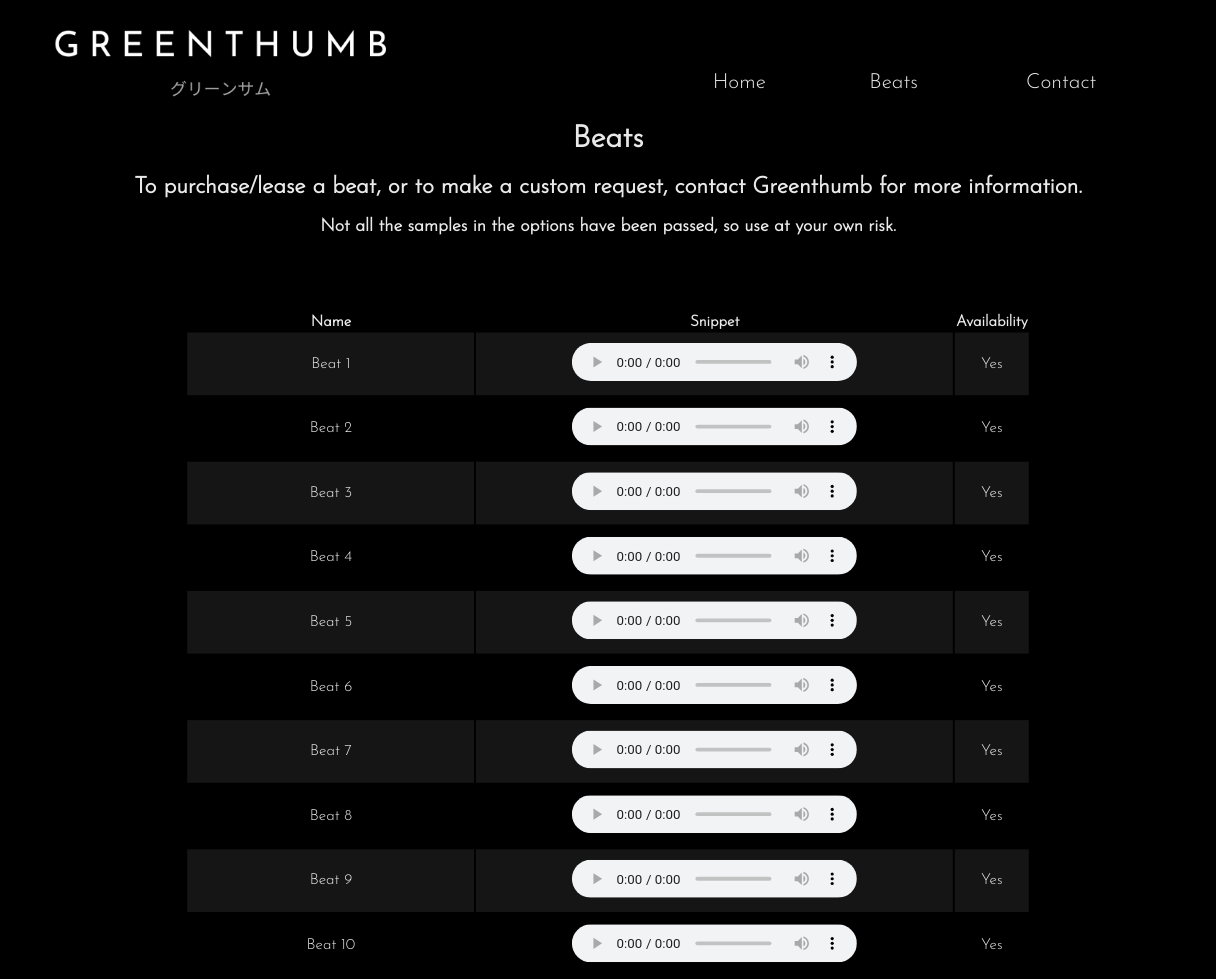
Repository: shayanabedi98/Greenthumb
Page: beats.html
An editor plug-in stored every save of this project. The page is shown before and after the next save, followed by the edit.
The browser window is 1280 px wide. The pictures show the whole page, at 95% of full size.

Above is the page before, as saved 2023-08-17 16:47:25.

### beats.html
<!DOCTYPE html>
<html lang="en">
<head>
    <meta charset="UTF-8">
    <meta name="viewport" content="width=device-width, initial-scale=1.0">
    <title>Beats</title>
    <link rel="stylesheet" href="styles.css">
    <link href="https://fonts.googleapis.com/css2?family=Josefin+Sans:wght@300&display=swap" rel="stylesheet">
</head>
<body>
    <div class="header">
        <header>
            <nav>
                <a href="index.html"><img src="resources/logo.png" alt="Greenthumb Logo"></a>
                <ul>
                    <li><a href="index.html">Home</a></li>
                    <li><a href="beats.html">Beats</a></li>
                    <li><a href="contact.html">Contact</a></li>
                </ul>
            </nav>
        </header>
    </div>
    <div class="beats">
        <h1>Beats</h1>
        <h2>To purchase/lease a beat, or to make a custom request, contact Greenthumb for more information.</h2>
        <h3>Not all the samples in the options have been passed, so use at your own risk.</h3>
        <table align="center">
            <tr>
                <th>Name</th>
                <th>Snippet</th>
                <th>Availability</th>
            </tr>
            <tr bgcolor="15, 15, 15">
                <td width="200">Beat 1</td>
                <td width="500"><audio controlsList="nodownload" controls src="resources/audio/Beat 1.mp3"></audio></td>
                <td>Yes</td>
            </tr>
            <tr>
                <td width="200">Beat 2</td>
                <td width="500"><audio controlsList="nodownload" controls src="resources/audio/Beat 2.mp3"></audio></td>
                <td>Yes</td>
            </tr>
            <tr bgcolor="15, 15, 15">
                <td width="200">Beat 3</td>
                <td width="500"><audio controlsList="nodownload" controls src="resources/audio/Beat 3.mp3"></audio></td>
                <td>Yes</td>
            </tr>
            <tr>
                <td width="300">Beat 4</td>
                <td width="500"><audio controlsList="nodownload" controls src="resources/audio/Beat 4.mp3"></audio></td>
                <td>Yes</td>
            </tr>
            <tr bgcolor="15, 15, 15">
                <td width="300">Beat 5</td>
                <td width="500"><audio controlsList="nodownload" controls src="resources/audio/Beat 5.mp3"></audio></td>
                <td>Yes</td>
            </tr>
            <tr>
                <td width="300">Beat 6</td>
                <td width="500"><audio controlsList="nodownload" controls src="resources/audio/Beat 6.mp3"></audio></td>
                <td>Yes</td>
            </tr>
            <tr bgcolor="15, 15, 15">
                <td width="300">Beat 7</td>
                <td width="500"><audio controlsList="nodownload" controls src="resources/audio/Beat 7.mp3"></audio></td>
                <td>Yes</td>
            </tr>
            <tr>
                <td width="300">Beat 8</td>
                <td width="500"><audio controlsList="nodownload" controls src="resources/audio/Beat 8.mp3"></audio></td>
                <td>Yes</td>
            </tr>
            <tr bgcolor="15, 15, 15">
                <td width="300">Beat 9</td>
                <td width="500"><audio controlsList="nodownload" controls src="resources/audio/Beat 9.mp3"></audio></td>
                <td>Yes</td>
            </tr>
            <tr>
                <td width="300">Beat 10</td>
                <td width="500"><audio controlsList="nodownload" controls src="resources/audio/Beat 10.mp3"></audio></td>
                <td>Yes</td>
            </tr>
        </table>
    </div>
</body>
</html>

### styles.css
/* All pages */

body {
    margin: 0;
    padding: 0;
    background-color: black;
    color: rgb(233, 233, 233);
    font-family: 'Josefin Sans', sans-serif;
}

nav {
    height: 110px;
}

nav img {
    height: 100px;
    position: absolute;
    transform: translateY(-10px);
}

nav ul {
    list-style: none;
    text-align: right;
    transform: translate(-100px, 0px);
}

nav li {
    display: inline-block;
    text-align: center;
    margin: 0 20px;
}

nav a {
    text-decoration: none;
    width: 40px;
    display: block;
    padding: 20px;
    margin: 0 20px;
    font-size: 22px;
    color: rgb(233, 233, 233);
}

nav a:hover {
    color: rgb(150, 150, 150) !important;
    transition: 0.2s;
    text-decoration: underline;
}

nav a:visited {
    text-decoration: none;
    color: rgb(233, 233, 233);
}

footer nav ul {
    text-align: center;
    transform: translateY(0);
}

/* Home page */

.banner {
    text-align: center;
    width: 100%;
    height: 600px;
}

.banner video {
    object-fit: cover;
    object-position: 50% 100%;
    height: 600px;
    width: 100%;
    opacity: 80%;
}

.banner-content {
    transform: translateY(-410px);
    width: 70%;
    margin: auto;
}

.banner-content h1:hover{
    font-size: 50px;
    color: rgb(179, 179, 179);
    transition: 2s;
}

.banner-content h1:not(:hover) {
    transition: 1s;
}

.banner-content h1 {
    font-size: 46px;
    opacity: 90%;
}

.banner-content h2 {
    font-size: 30px;
    opacity: 90%;
}

.container {
    text-align: center;
    background-color: rgb(0, 0, 0);
    padding: 25px 0 60px 0;
}

.card {
    text-align: center;
    display: inline-block;
    background-color: rgb(19, 19, 19);
    border-radius: 5px;
    width: 350px;
    padding-top: 15px;
    height: 380px;
    margin: 0 20px;
    border: 2px solid rgb(19, 19, 19);
    box-shadow: 0 0 3px 0 rgb(82, 82, 82);
}

.container h3 {
    font-size: 32px;
}

.card img {
    height: 300px;
    width: 300px;
}

.card:hover {
    border: 2px solid rgba(85, 85, 85, 0.5);
    background-color: black;
    transition: ease-in-out 0.6s;
}

.card:not(:hover) {
    transition: ease-in-out 0.3s;
}

.listen {
    text-align: center;
    background-color: rgb(22, 22, 22);
}

.listen h5 {
    font-size: 30px;
}

.listen-video {
    display: inline-block;
    width: 49%;
    height: 70%;
    vertical-align: top;
    margin: 50px auto;
}

.listen-video video {
    width: 40%;
    height: 100%;
    box-shadow: 0 0 10px 0 black;
}

.listen-video video:hover {
    box-shadow: 0 0 20px 0 rgb(59, 59, 59);
    border-radius: 50%;
    transition: 1s;
}

.listen-video video:not(:hover) {
    transition: 1s;
}

.listen-content {
    display: inline-block;
    width: 50%;
    text-align: center;
    vertical-align: top;
    margin: 50px auto;
}

.listen-content img {
    height: 100px;
    display: block;
}

.listen-content h5 {
    margin-top: 0;
}

.listen-content p {
    font-size: 26px;
    width: 80%;
    margin-left: 10%;
    line-height: 30px;
}

#spotify {
    height: 100px;
    display: inline-block;
    transform: translateY(16px);
}

#apple {
    height: 70px;
    display: inline-block;
}

.song-link {
    margin: 0 20px;
}

/* Beats page */
.beats {
    text-align: center;
}

.beats h3 {
    margin-bottom: 80px;
}

audio {
    height: 40px;
    padding: 10px;
}
/* Contact page */

After the next save:
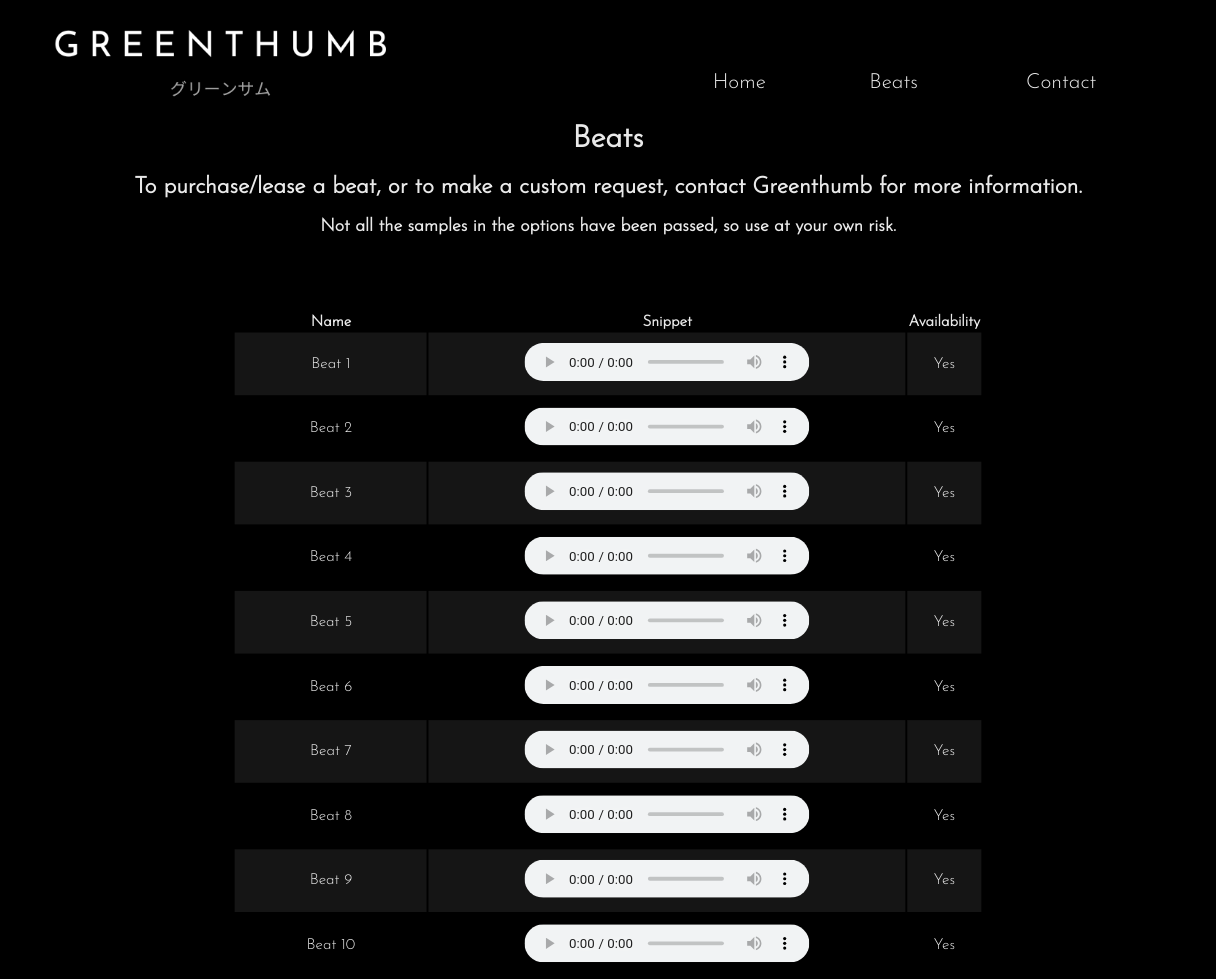
Saved 19 s later.
--- a/beats.html
+++ b/beats.html
@@ -46,37 +46,37 @@
                 <td>Yes</td>
             </tr>
             <tr>
-                <td width="300">Beat 4</td>
+                <td width="200">Beat 4</td>
                 <td width="500"><audio controlsList="nodownload" controls src="resources/audio/Beat 4.mp3"></audio></td>
                 <td>Yes</td>
             </tr>
             <tr bgcolor="15, 15, 15">
-                <td width="300">Beat 5</td>
+                <td width="200">Beat 5</td>
                 <td width="500"><audio controlsList="nodownload" controls src="resources/audio/Beat 5.mp3"></audio></td>
                 <td>Yes</td>
             </tr>
             <tr>
-                <td width="300">Beat 6</td>
+                <td width="200">Beat 6</td>
                 <td width="500"><audio controlsList="nodownload" controls src="resources/audio/Beat 6.mp3"></audio></td>
                 <td>Yes</td>
             </tr>
             <tr bgcolor="15, 15, 15">
-                <td width="300">Beat 7</td>
+                <td width="200">Beat 7</td>
                 <td width="500"><audio controlsList="nodownload" controls src="resources/audio/Beat 7.mp3"></audio></td>
                 <td>Yes</td>
             </tr>
             <tr>
-                <td width="300">Beat 8</td>
+                <td width="200">Beat 8</td>
                 <td width="500"><audio controlsList="nodownload" controls src="resources/audio/Beat 8.mp3"></audio></td>
                 <td>Yes</td>
             </tr>
             <tr bgcolor="15, 15, 15">
-                <td width="300">Beat 9</td>
+                <td width="200">Beat 9</td>
                 <td width="500"><audio controlsList="nodownload" controls src="resources/audio/Beat 9.mp3"></audio></td>
                 <td>Yes</td>
             </tr>
             <tr>
-                <td width="300">Beat 10</td>
+                <td width="200">Beat 10</td>
                 <td width="500"><audio controlsList="nodownload" controls src="resources/audio/Beat 10.mp3"></audio></td>
                 <td>Yes</td>
             </tr>
